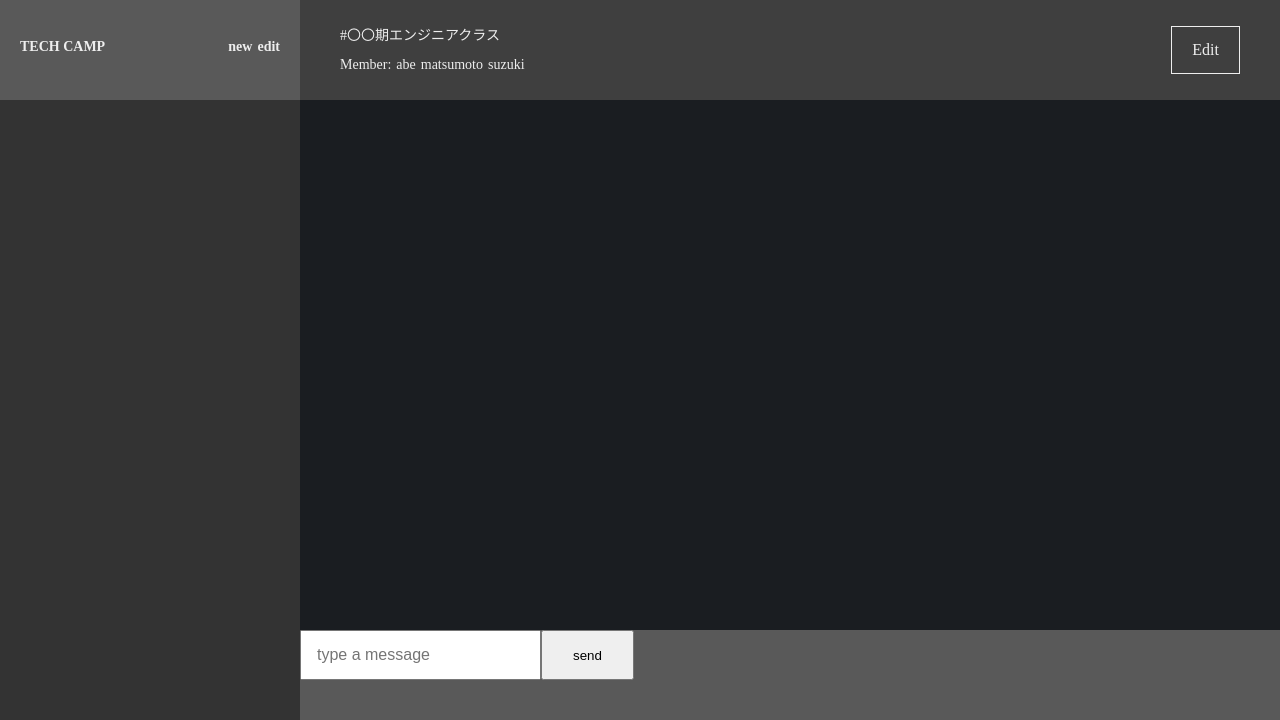
Repository: m-mao/firsa_app
Page: html_css/chat-app/index.html
The author's editor kept a record of every edit. The page is drawn from the files as they stood at one moment, then again after the next edit.
The browser window is 1280 px wide. The pictures show the whole page.

Above is the page before.

### html_css/chat-app/index.html
<!DOCTYPE html>
<html>
<head>
    <meta charset="UTF-8">
    <link rel="stylesheet" href="reset.css">
    <link rel="stylesheet" href="style.css">
    <title>chat-app</title>
</head>
<body>
    <div class="wrapper">
        <div class="chat-side">
            <div class="side-header">
                <div class="side-box">
                    <p class="user-name">TECH CAMP</p>
                    <div class="menu">
                        <div class="new-group"><a href="#">new</a></div>
                        <div class="edit-user"><a href="#">edit</a></div>
                    </div>
                </div>
            </div>
            <div class="groups">
            </div>
        </div>
        <div class="chat-main">
            <div class="main-header">
                <div class="header-leftbox">
                    <h2 class="current-group">#〇〇期エンジニアクラス</h2>
                    <ul class="member-list">Member:
                        <li class="member">abe</li>
                        <li class="member">matsumoto</li>
                        <li class="member">suzuki</li>
                    </ul>
                </div>
                <a class="edit-btn" href="#">Edit</a>
            </div>
            <div class="messages">
            </div>
            <div class="forms">
                <form class="new-message">
                    <input class="input-text" type="text" placeholder="type a message">
                    <input class="submit-btn" type="submit" value="send">
                </form>
            </div>
        </div>
    </div>
</body>
</html>

### html_css/chat-app/reset.css
/* http://meyerweb.com/eric/tools/css/reset/
   v2.0 | 20110126
   License: none (public domain)
*/

html, body, div, span, applet, object, iframe,
h1, h2, h3, h4, h5, h6, p, blockquote, pre,
a, abbr, acronym, address, big, cite, code,
del, dfn, em, img, ins, kbd, q, s, samp,
small, strike, strong, sub, sup, tt, var,
b, u, i, center,
dl, dt, dd, ol, ul, li,
fieldset, form, label, legend,
table, caption, tbody, tfoot, thead, tr, th, td,
article, aside, canvas, details, embed,
figure, figcaption, footer, header, hgroup,
menu, nav, output, ruby, section, summary,
time, mark, audio, video {
	margin: 0;
	padding: 0;
	border: 0;
	font-size: 100%;
	font: inherit;
	vertical-align: baseline;
}
/* HTML5 display-role reset for older browsers */
article, aside, details, figcaption, figure,
footer, header, hgroup, menu, nav, section {
	display: block;
}

* {
	box-sizing: border-box;
}

html {
  font-size: 62.5%;
}

body {
	line-height: 1;
	font-size: 1.4rem;
}

ol, ul {
	list-style: none;
}
blockquote, q {
	quotes: none;
}
blockquote:before, blockquote:after,
q:before, q:after {
	content: '';
	content: none;
}
table {
	border-collapse: collapse;
	border-spacing: 0;
}

### html_css/chat-app/style.css
.wrapper {
 height: 100vh;
 display: flex;
}

.chat-side {
 width: 300px;
 background-color: #333333;
}

.side-header {
 height: 100px;
 background-color: #595959;
 display: flex;
 align-items: center;
}

.groups {
 height: class(100vh - 100px);
 background-color: #333333;
}

.chat-main {
 width: calc(100% - 300px);
 background-color: #1a1d21;
}

.main-header {
 height: 100px;
 background-color: #3f3f3f;
 display: flex;
 justify-content: space-between;
 align-items: center;
 padding: 0 40px;
}

.messages {
 height: calc(100vh - 190px);
 background-color: #1a1d21;
}

.forms {
 height: 90px;
 background-color: #595959;
}

.side-box {
 width: 260px;
 height: 20px;
 margin: 0 20px;
 display: flex;
 justify-content: space-between;
 font-weight: bold;
}

.user-name {
 color: #eeeeee;
}

a {
 text-decoration: none;
 color: #eeeeee;
}

.menu {
 display: flex;
}

.new-group {
 margin-right: 5px;
}

.current-group {
 color: #eeeeee;
 margin-bottom: 15px;
 size: 20px;
}

.header-leftbox {
 flex-direction: colomn;
}

.member-list {
 color: #eeeeee;
 size: 12px;
 display: flex;
}

.member {
 margin-left: 5px;
}

.edit-btn {
 font-size: 16px;
 border: 1px solid #eeeeee;
 padding: 15px 20px;
}

.new-message {
 display: flex;
 margin; 20px 40px;
}

.input-text {
 height: 50px;
 padding: 0 15px;
 color: #434a54;
 font-size: 16px;
 display: block;
}

.submit-btn {
 height: 50px;
 padding: 0 30px;
}

After the next edit:
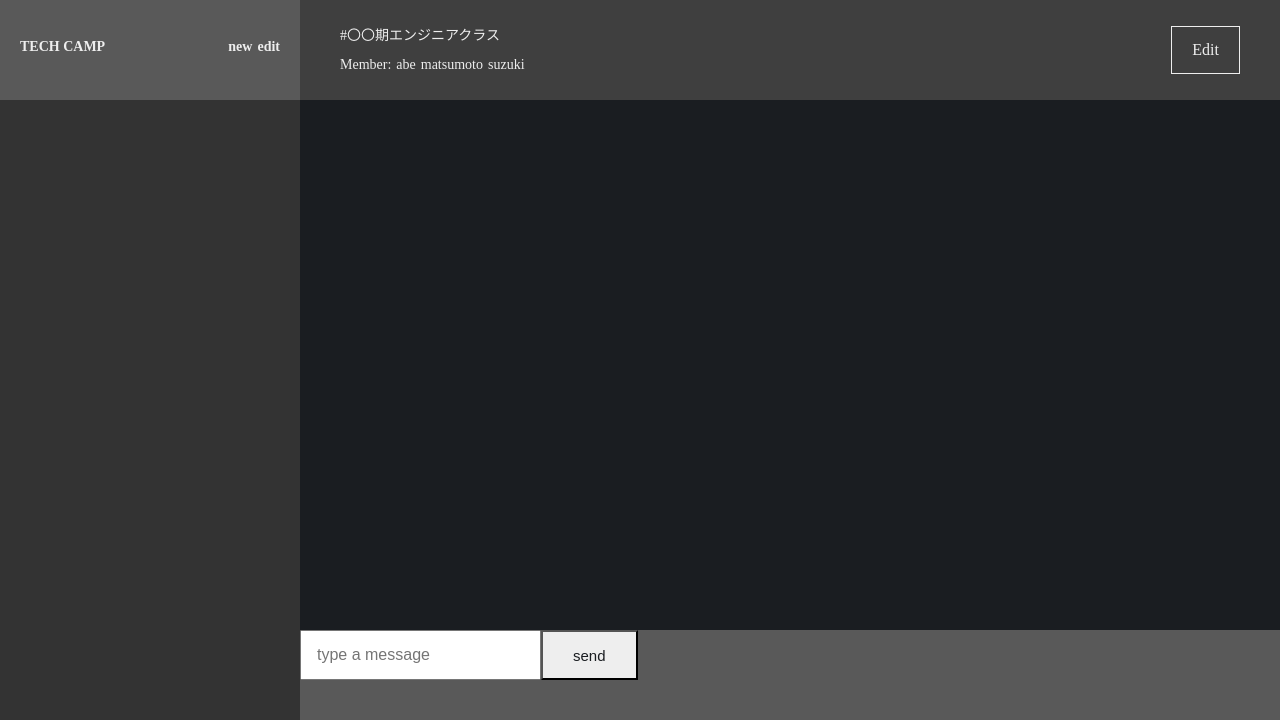
The edit:
--- a/html_css/chat-app/style.css
+++ b/html_css/chat-app/style.css
@@ -112,4 +112,8 @@
 .submit-btn {
  height: 50px;
  padding: 0 30px;
+ background-color: #eeeeee;
+ color: #1a1d21;
+ font-size: 15px;
+
 }
